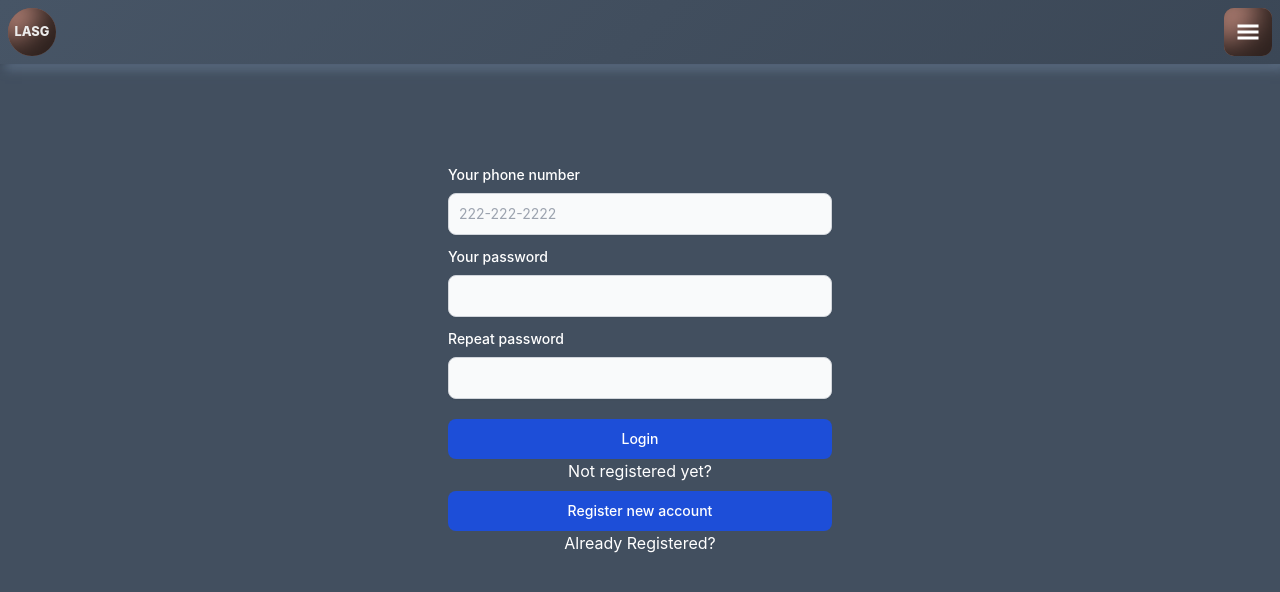
Repository: ShindanoSingi/LA-Swahili-Group
Page: /login (app in client/)
The author's editor kept a copy of each file at every save. The page is drawn from the files as they stood at one save, then again after a run of saves.
The browser window is 1280 px wide. The pictures show the whole page.
The project was rebuilt for these pictures with package versions that can differ from the ones it lists, and the page was loaded fresh each time. Also part of the build but not shown: client/src/pages/error/Error.css, client/src/pages/error/Error.js, client/src/pages/home/Home.js, client/src/pages/about/About.js, client/src/pages/contact/Contact.js.

Above is the page before, as saved 2024-02-06 22:48:29.

After the next 5 saves:
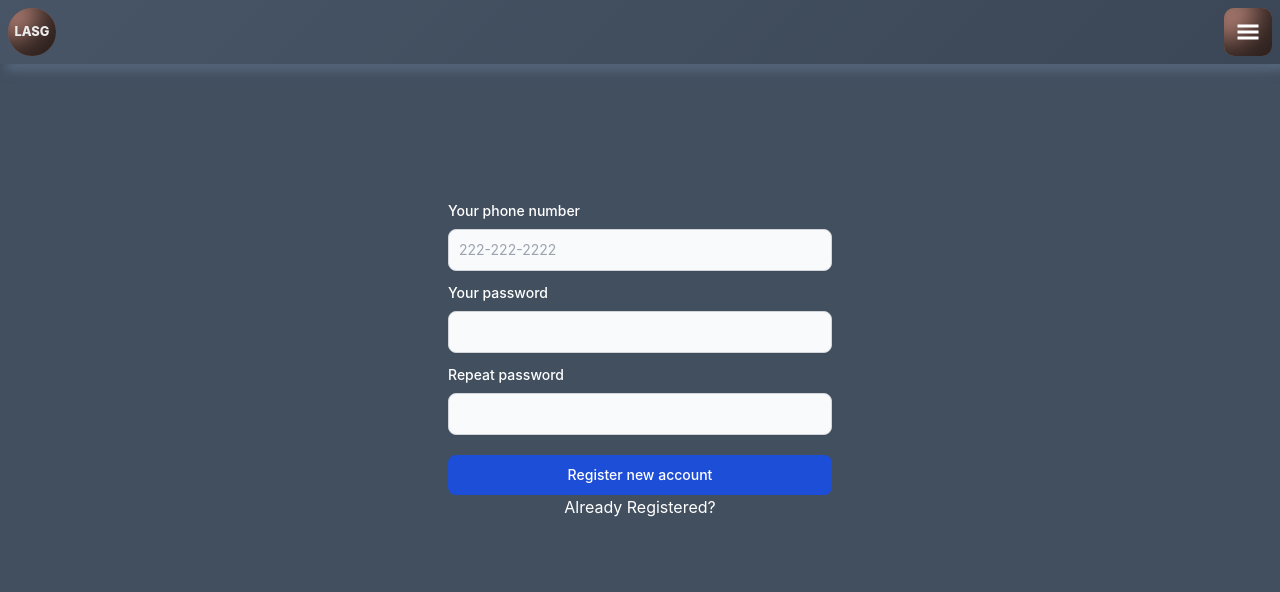
The 5 saves are shown as one change because 2 did not build or start and some came seconds apart.
The last was saved 3 min 12 s later.
--- a/client/src/pages/login/Login.js
+++ b/client/src/pages/login/Login.js
@@ -1,6 +1,9 @@
 import React from "react";
 
 function Login() {
+        const showRegisterButton = () => {
+                return true;
+        };
       return (
             <div className="container">
                   <div className="w-[80%]">
@@ -48,16 +51,24 @@ function Login() {
                                           required
                                     />
                               </div>
-                              <div>
+
+                              {
+                                !showRegisterButton() && (
+                                    <div>
                                     <button
                                           type="submit"
                                           className="text-white mt-2 w-full bg-blue-700 hover:bg-blue-800 focus:ring-4 focus:outline-none focus:ring-blue-300 font-medium rounded-lg text-sm px-5 py-2.5 text-center dark:bg-blue-600 dark:hover:bg-blue-700 dark:focus:ring-blue-800"
                                     >
                                           Login
                                     </button>
-                                    <p className="text-white text-center">Not registered yet?</p>
+                                    <p className="text-white text-center" onClick={showRegisterButton}>Not registered yet?</p>
                               </div>
-                              <div>
+                                )
+                              }
+
+                              {
+                                showRegisterButton() && (
+                                    <div>
                                     <button
                                           type="submit"
                                           className="text-white mt-2 w-full bg-blue-700 hover:bg-blue-800 focus:ring-4 focus:outline-none focus:ring-blue-300 font-medium rounded-lg text-sm px-5 py-2.5 text-center dark:bg-blue-600 dark:hover:bg-blue-700 dark:focus:ring-blue-800"
@@ -66,6 +77,8 @@ function Login() {
                                     </button>
                                     <p className="text-white text-center">Already Registered?</p>
                               </div>
+                                )
+                              }
                         </form>
                   </div>
             </div>
